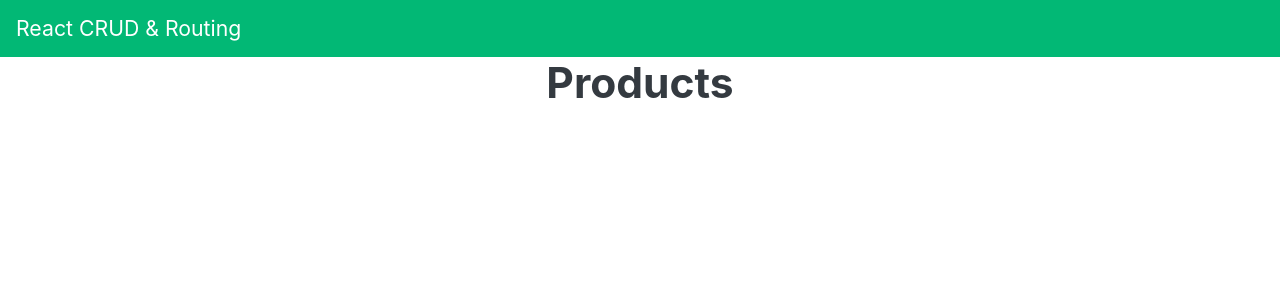
Repository: harrycampaz/router-reactjs
Page: /products
An editor plug-in stored every save of this project. The page is shown before and after the next save, followed by the edit.
The browser window is 1280 px wide. The pictures show the whole page.
The project was rebuilt for these pictures with package versions that can differ from the ones it lists, and the page was loaded fresh each time. Also part of the build but not shown: src/components/Product/AddProduct.js, src/components/Product/EditProduct.js, src/components/Product/Product.js.

Above is the page before, as saved 2020-01-24 20:45:29.

### public/index.html
<!DOCTYPE html>
<html lang="en">
  <head>
    <meta charset="utf-8" />
    <link rel="icon" href="%PUBLIC_URL%/favicon.ico" />
    <meta name="viewport" content="width=device-width, initial-scale=1" />
    <meta name="theme-color" content="#000000" />
    <meta
      name="description"
      content="Web site created using create-react-app"
    />
    <link rel="apple-touch-icon" href="%PUBLIC_URL%/logo192.png" />
    <!--
      manifest.json provides metadata used when your web app is installed on a
      user's mobile device or desktop. See https://developers.google.com/web/fundamentals/web-app-manifest/
    -->
    <link rel="manifest" href="%PUBLIC_URL%/manifest.json" />
    <link rel="stylesheet" href="/css/bootstrap.min.css">
    <!--
      Notice the use of %PUBLIC_URL% in the tags above.
      It will be replaced with the URL of the `public` folder during the build.
      Only files inside the `public` folder can be referenced from the HTML.

      Unlike "/favicon.ico" or "favicon.ico", "%PUBLIC_URL%/favicon.ico" will
      work correctly both with client-side routing and a non-root public URL.
      Learn how to configure a non-root public URL by running `npm run build`.
    -->
    <title>React App</title>
  </head>
  <body>
    <noscript>You need to enable JavaScript to run this app.</noscript>
    <div id="root"></div>
    <!--
      This HTML file is a template.
      If you open it directly in the browser, you will see an empty page.

      You can add webfonts, meta tags, or analytics to this file.
      The build step will place the bundled scripts into the <body> tag.

      To begin the development, run `npm start` or `yarn start`.
      To create a production bundle, use `npm run build` or `yarn build`.
    -->
  </body>
</html>

### src/App.js
import React from 'react';

import { BrowserRouter as Router, Route, Switch } from 'react-router-dom';
import Products from './components/Product/Products';
import AddProduct from './components/Product/AddProduct';
import EditProduct from './components/Product/EditProduct';
import Product from './components/Product/Product';
import Header from './ui/Header';


function App() {
  return (
    <Router>
      <Header/>
      <Switch>
        <Route exact path ="/products" component={Products}/>
        <Route exact path ="/products/:id" component={Product}/>
        <Route exact path ="/add-product" component={AddProduct}/>
        <Route exact path ="/products/editar/:id" component={EditProduct}/>
      </Switch>
    </Router>

  );
}

export default App;

### src/components/Product/Products.js
import React from 'react';

function Products(props) {
    return (
        <h1 className="text-center">Products</h1>
    );
}

export default Products;

### src/ui/Header.js
import React from 'react';
import { Link } from 'react-router-dom';

const Header = (props) => (
            <nav className="navbar navbar-expand-lg navbar-dark bg-dark">
                <Link to="/products" className="navbar-brand">
                    React CRUD & Routing
                </Link>
            </nav>
    );

export default Header;

Loaded but not shown: src/index.js (common file); src/index.css (common file); src/serviceWorker.js (common file); public/css/bootstrap.min.css (library)

After the next save:
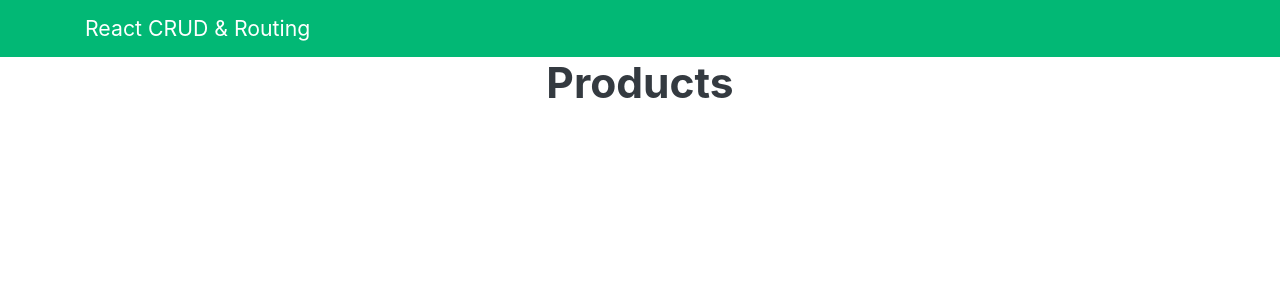
Saved 4 min 59 s later.
--- a/src/ui/Header.js
+++ b/src/ui/Header.js
@@ -3,9 +3,11 @@ import { Link } from 'react-router-dom';
 
 const Header = (props) => (
             <nav className="navbar navbar-expand-lg navbar-dark bg-dark">
-                <Link to="/products" className="navbar-brand">
+               <div className="container">
+               <Link to="/products" className="navbar-brand">
                     React CRUD & Routing
                 </Link>
+               </div>
             </nav>
     );
 
